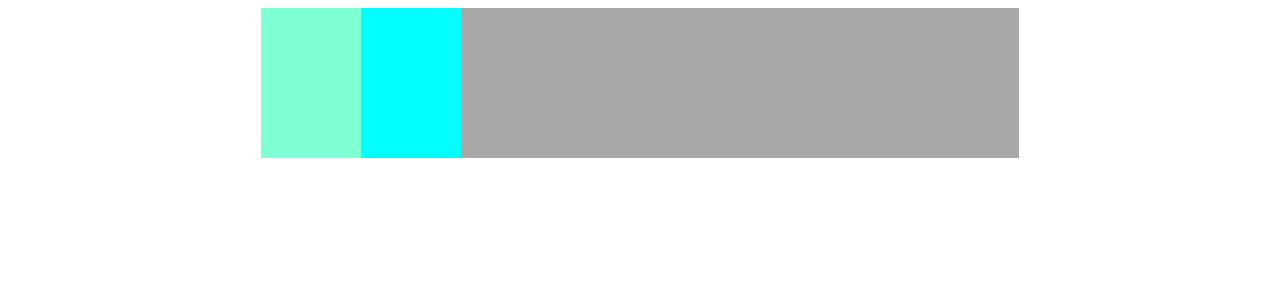
Repository: liutian97/learn1
Page: 移动端web开发/代码/2. Flex 伸缩布局/09-flex子项flex份数.html
An editor plug-in stored every save of this project. The page is shown before and after a run of saves, followed by the edit.
The browser window is 1280 px wide. The pictures show the whole page.

Above is the page before, as saved 2022-07-02 17:51:55.

After the next 2 saves:
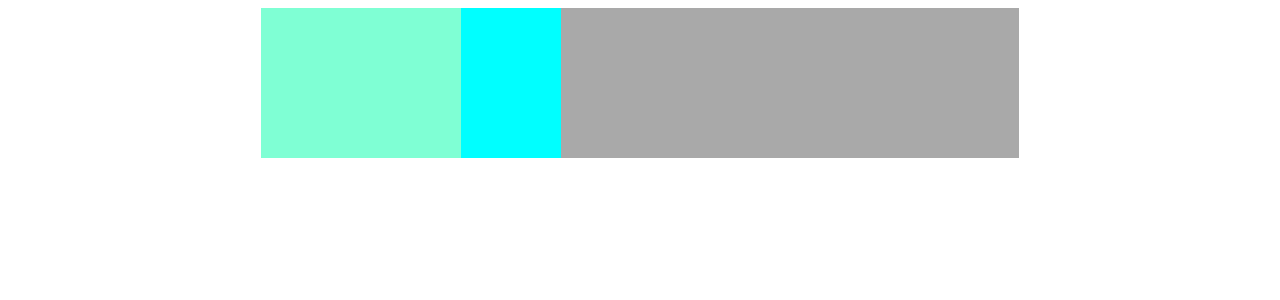
The 2 saves are shown as one change because they came seconds apart.
The last was saved 15 s later.
--- a/移动端web开发/代码/2. Flex 伸缩布局/09-flex子项flex份数.html
+++ b/移动端web开发/代码/2. Flex 伸缩布局/09-flex子项flex份数.html
@@ -16,6 +16,12 @@
     }
 
     section div:nth-child(1) {
+      width: 100px;
+      height: 150px;
+      background-color: aquamarine;
+    }
+
+    section div:nth-child(2) {
       width: 100px;
       height: 150px;
       background-color: aquamarine;
